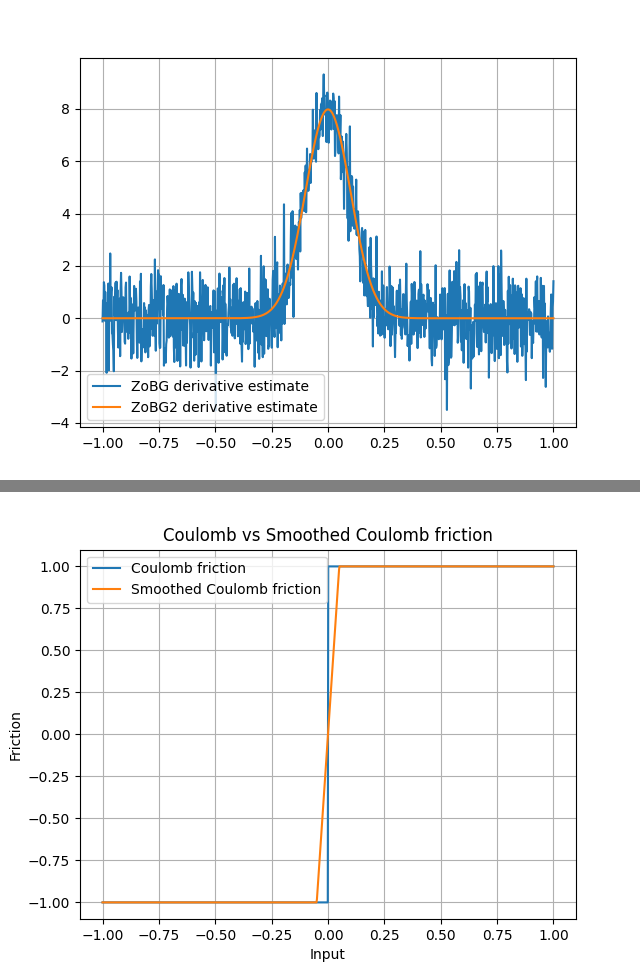
Repository: oomcth/Gradient-smoothing
Script's output: python test.py
These files come from the project's save history. The script's output is drawn as it stood at one moment and after the next save; the edit follows.
Each picture stacks the figures in order, with grey between them; figures that are only written to a file come last. Random numbers start from a fixed seed.

Above is the script's output before, as saved 2025-11-21 18:26:47.

After the next save:
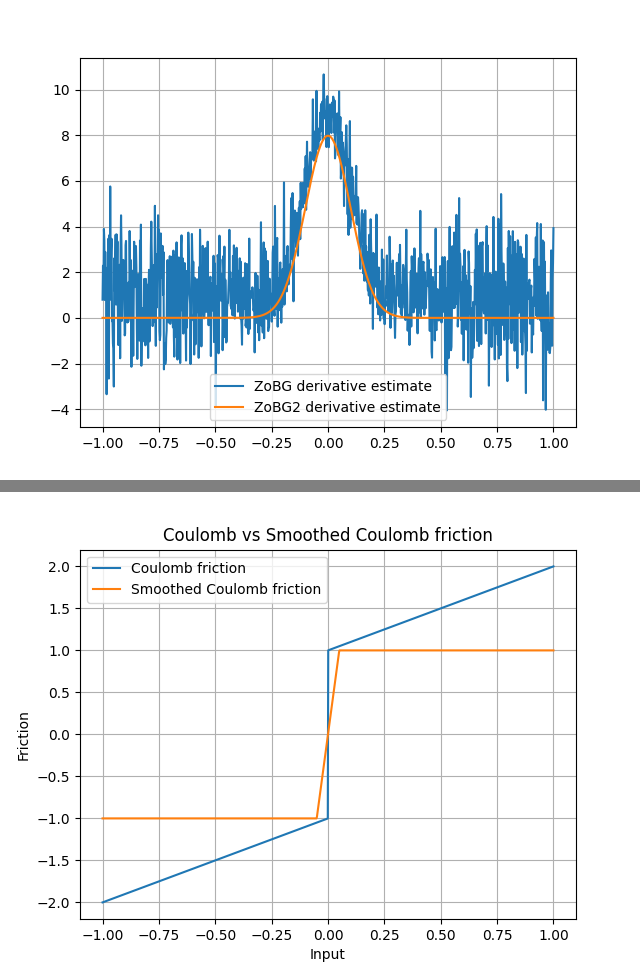
Saved 87 s later.
--- a/test.py
+++ b/test.py
@@ -7,7 +7,7 @@ t = 0.1
 
 
 def coulomb_friction(x):
-    return -1 if x < 0 else 1
+    return x + (-1 if x < 0 else 1)
 
 
 def smoothed_coulomb_friction(x, t):
